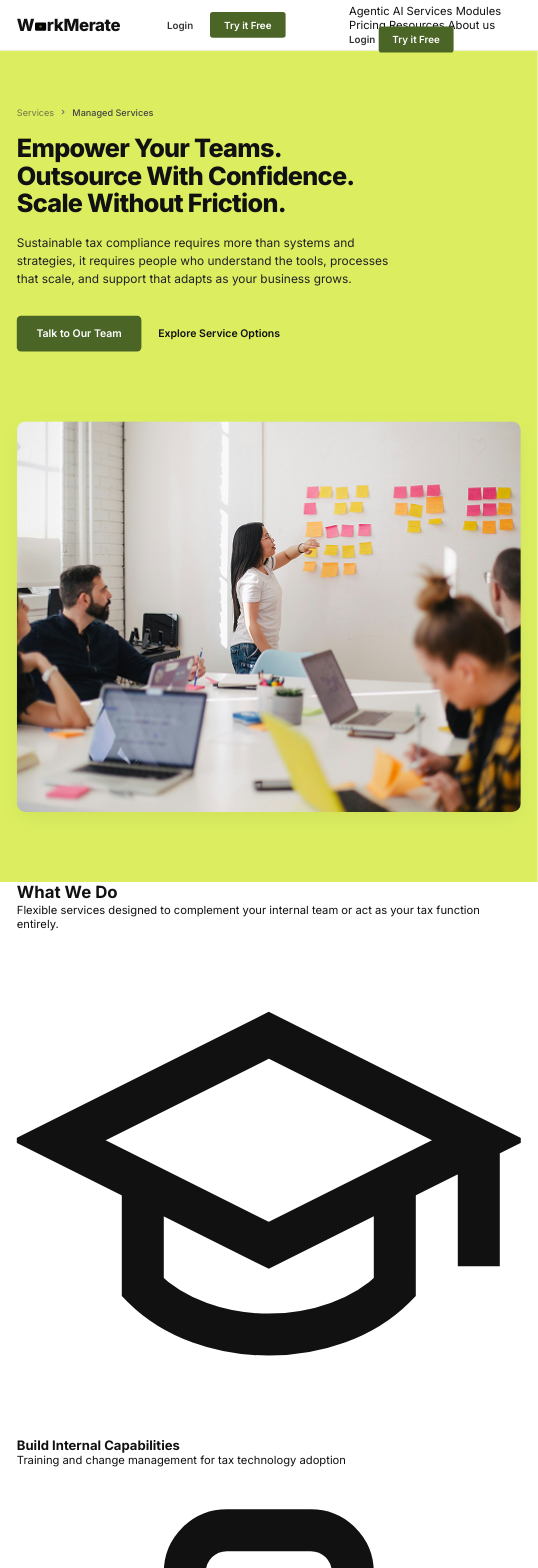
Repository: Opawumi/work_merate
Page: managed.html
An editor plug-in stored every save of this project. The page is shown before and after the next save, followed by the edit.
The browser window is 768 px wide. The pictures show the part of the page from y = 0 to 2240 px (the page is 13328 px tall), at 70% of full size.

Above is the page before, as saved 2026-02-02 11:54:52.

After the next save:
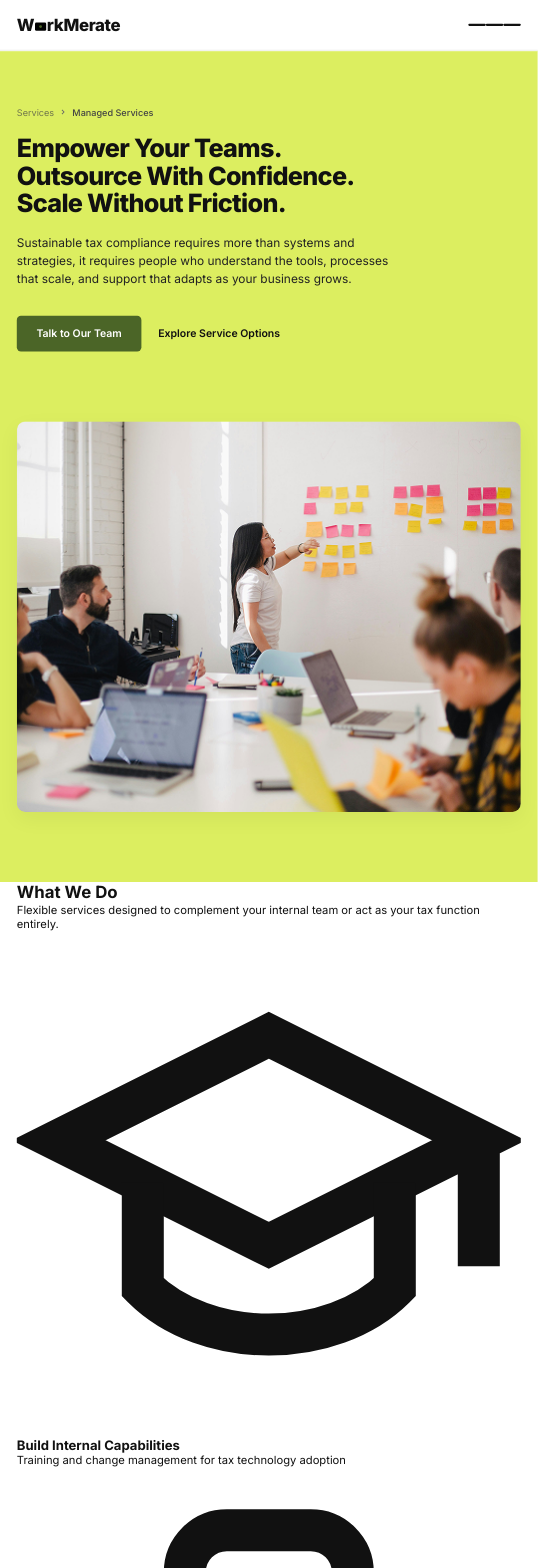
Saved 5 s later.
--- a/managed.css
+++ b/managed.css
@@ -256,3 +256,95 @@
     .hero-image-wrapper { margin-top: 40px; }
     h1 { font-size: 36px; }
 }
+
+can you edit the managed.css, input this styling there for where the nav exists already:
+/* --- Hamburger Icon (Default Hidden) --- */
+.hamburger {
+    display: none; /* Hidden on desktop */
+    flex-direction: column;
+    gap: 5px;
+    cursor: pointer;
+    z-index: 101;
+}
+
+.bar {
+    width: 25px;
+    height: 3px;
+    background-color: #111;
+    transition: all 0.3s ease;
+    border-radius: 2px;
+}
+
+/* Hamburger Animation (When Active) */
+.hamburger.active .bar:nth-child(1) {
+    transform: translateY(8px) rotate(45deg);
+}
+
+.hamburger.active .bar:nth-child(2) {
+    opacity: 0;
+}
+
+.hamburger.active .bar:nth-child(3) {
+    transform: translateY(-8px) rotate(-45deg);
+}
+
+/* --- Mobile Menu Dropdown --- */
+.mobile-menu {
+    position: absolute;
+    top: 72px; /* Height of navbar */
+    left: 0;
+    width: 100%;
+    background-color: #fff;
+    border-bottom: 1px solid #eee;
+    box-shadow: 0 10px 20px rgba(0,0,0,0.05);
+    overflow: hidden;
+    max-height: 0; /* Hidden by default */
+    transition: max-height 0.4s ease-in-out;
+    z-index: 99;
+}
+
+.mobile-menu.open {
+    max-height: 500px; /* Expands when open */
+}
+
+.mobile-link {
+    display: block;
+    padding: 14px 24px;
+    font-size: 15px;
+    font-weight: 500;
+    color: #333;
+    border-left: 3px solid transparent;
+    border-bottom: 1px solid #f9f9f9;
+}
+
+.mobile-link:hover, .mobile-link.active {
+    background-color: #f5f7f2;
+    border-left-color: #4F6F2F;
+    color: #000;
+}
+
+.mobile-actions-wrapper {
+    padding: 20px 24px;
+    display: flex;
+    flex-direction: column;
+    gap: 16px;
+    align-items: center;
+}
+
+.btn-nav.full-width {
+    width: 100%;
+    text-align: center;
+}
+
+/* --- Responsive Breakpoint --- */
+@media (max-width: 992px) {
+    /* Hide Desktop Elements */
+    .desktop-only {
+        display: none !important;
+    }
+
+    /* Show Hamburger */
+    .hamburger {
+        display: flex;
+    }
+}
